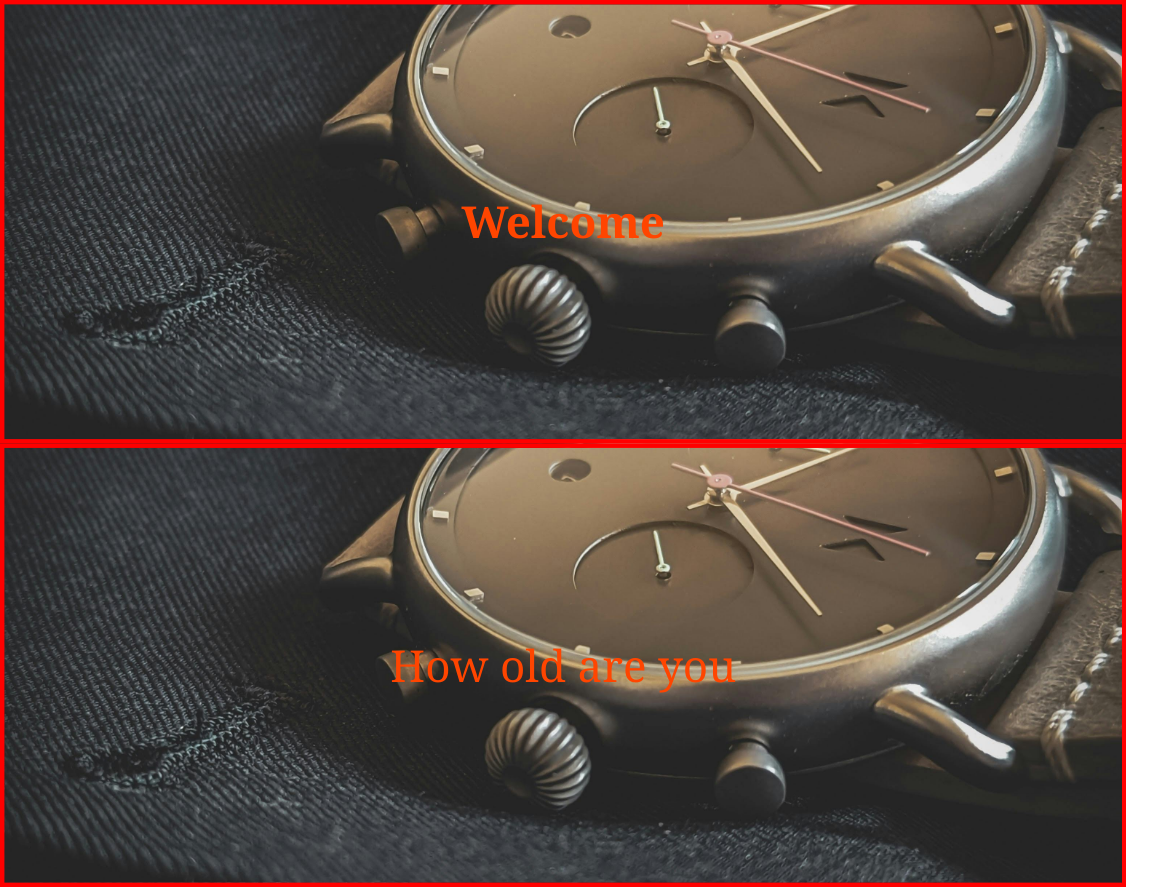
Repository: kem85/beginning
Page: web/js/index.html
An editor plug-in stored every save of this project. The page is shown before and after the next save, followed by the edit.
The browser window is 1280 px wide. The page is 1280 px wide, then 1330 px, so the pictures cover 1330 px, including what lies to the right of the window. The pictures show the whole page, at 88% of full size.
Backgrounds fixed to the window are drawn as part of the page.

Above is the page before, as saved 2024-06-18 03:03:01.

### web/js/index.html
<!DOCTYPE html>
<html lang="en">
<head>
    <meta charset="UTF-8">
    <meta name="viewport" content="width=device-width, initial-scale=1.0">
    <title>Document</title>
    <script src="./test.js"></script>
    <link rel="stylesheet" href="./main.css">
</head>
<body>
    <div class="banner">
        <h1 class="welcomesign">Welcome</h1>
        <p class="welcomesign">How old are you</p>
    </div>
</body>
</html>

### web/js/test.js
window.alert("what is love");

### web/js/main.css
*{
    font-family:Cambria, Cochin, Georgia, Times, 'Times New Roman', serif;
    background-image: url("./watch.jpg");
    background-position: center;
    background-attachment: fixed;
    background-size: cover;
    padding:0;
    margin:0;
    box-sizing: border-box;
}
.welcomesign{
    min-width: 100vw;
    min-height:70vh;
    display:flex;
    color: orangered;
    justify-content: center;
    align-items: center;
    text-align: center;
    font-size: 50px;
    border:5px solid red;

}
.textt{
    display:flex;
    min-width: 30vw;
    min-height:60vh;
    font-size:25px;
    justify-content: center;
    align-items: center;
    text-align: center;
    margin-bottom: 3em;
    border:5px solid red;
}

After the next save:
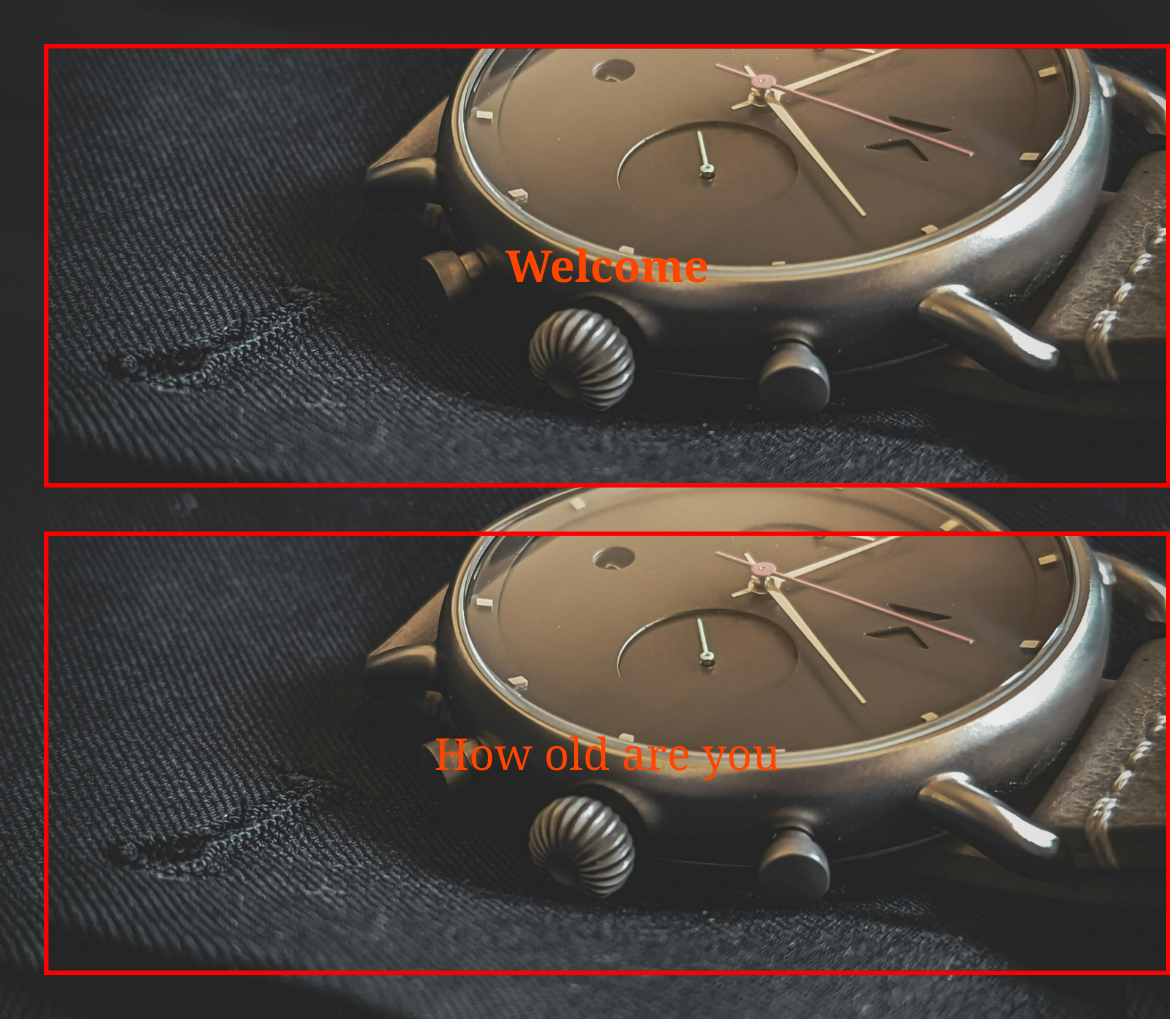
Saved 13 s later.
--- a/web/js/main.css
+++ b/web/js/main.css
@@ -18,7 +18,7 @@
     text-align: center;
     font-size: 50px;
     border:5px solid red;
-
+    margin: 50px;
 }
 .textt{
     display:flex;
